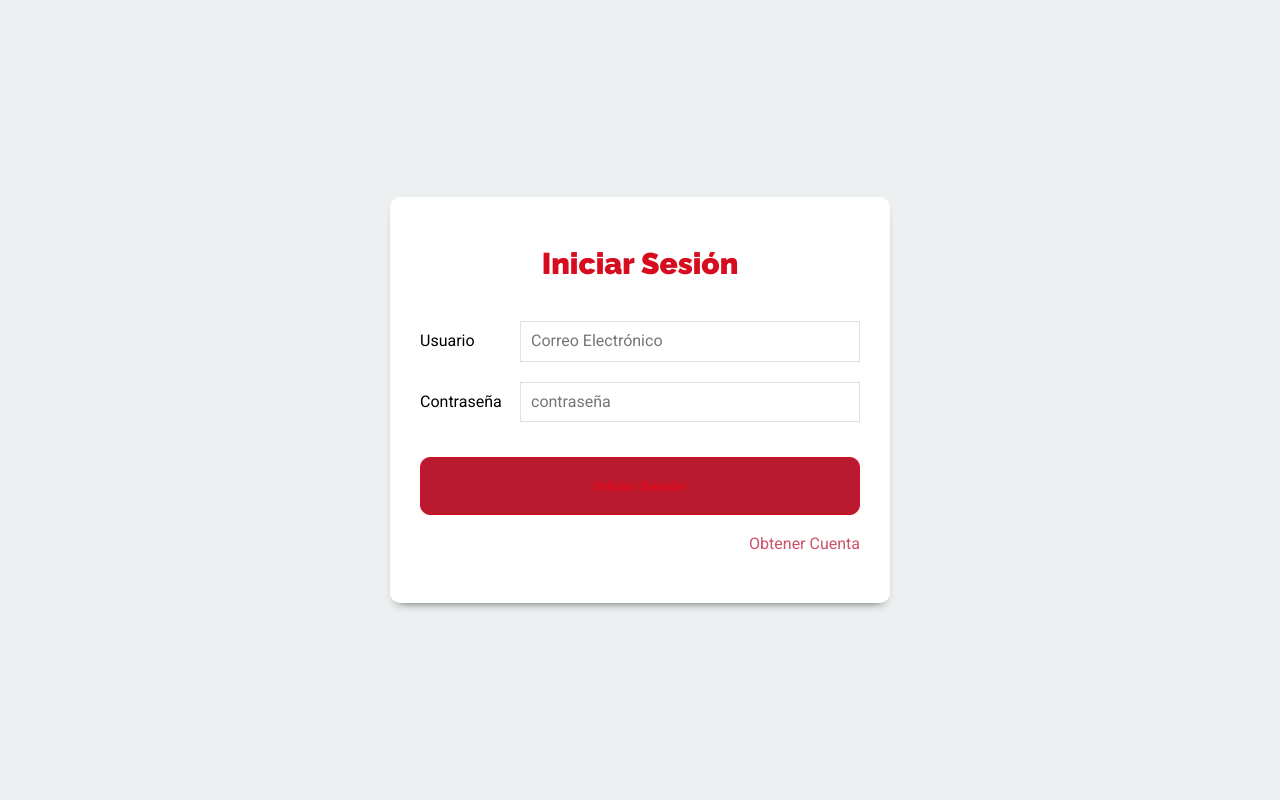
Repository: andrescovarrubias/admin-proyectos
Page: / (app in cliente/)
The author's editor kept a copy of each file at every save. The page is drawn from the files as they stood at one save, then again after the next save.
The browser window is 1280 px wide. The pictures show the whole page.
The pointer rests on the first visible `.btn-primario`.
The project was rebuilt for these pictures with package versions that can differ from the ones it lists, and the page was loaded fresh each time. Also part of the build but not shown: cliente/src/components/auth/NuevaCuenta.jsx, cliente/src/components/proyectos/NuevoProyecto.jsx, cliente/src/components/layout/SideBar.jsx, cliente/src/components/proyectos/Proyectos.jsx.

Above is the page before, as saved 2020-10-31 17:38:28.

### cliente/src/index.css
:root {
  --blanco: #ffffff;
  --blanco2: #fcf7ff;
  --blanco3: #ecf0f1;
  --azul1: #258ea6;
  --morado1: #4d376d;
  --morado2: #861657;
  --azul2: #1b065e;
  --azul3: #2e4052;
  --rojo: #d60d1e;
  --rojo2: #b8082c;
  --rojo3: #b91a2f;
  --headingFont: "Raleway", sans-serif;
  --textFont: "Roboto", sans-serif;
}
*,
*:before,
*:after {
  box-sizing: inherit;
}
html {
  box-sizing: border-box;
  height: 100%;
  font-size: 62.5%;
}
body {
  min-height: 100%;
  background-color: #ecf0f1;
  font-size: 16px;
  font-size: 1.6rem;
  font-family: var(--textFont);
}

h1,
h2 {
  font-family: var(--headingFont);
  font-weight: 900;
  margin: 0 0 4rem 0;
  text-align: center;
  color: var(--rojo);
}
h1 span {
  font-weight: 400;
}
h1 {
  font-size: 3rem;
}
h2 {
  font-size: 2.4rem;
}
ul {
  list-style: none;
  padding: 0;
  margin: 0;
}
a {
  text-decoration: none;
  color: var(--gris2);
}

/** BOTONES **/
.btn {
  margin-top: 2vh;
  font-family: var(--headingFont);
  padding: 20px;
  font-size: 14px;
  font-weight: bold;
  border-radius: 10px;
  border: 1px solid #d60d1e;
  transition: background-color 0.3s ease;
}
.btn:hover {
  cursor: pointer;
}
.btn-primario {
  background-color: var(--blanco);
  color: var(--rojo);
}
.btn-primario:hover {
  background: var(--rojo3);
}
.btn-secundario {
  background-color: var(--rojo2);
}
.btn-block {
  display: block;
  width: 100%;
}
.btn-submit:hover {
  background-color: #b91a2f;
}
.btn-blank {
  margin: 0;
  padding: 0;
  display: block;
  background-color: transparent;
}

@media (min-width: 768px) {
  .contenedor-app {
    display: flex;
    min-height: 100vh;
  }

  aside {
    background-color: var(--blanco);
    flex: 0 0 300px;
  }
  .seccion-principal {
    flex: 1;
  }
}

/* BARRA LATERAL */
aside {
  padding: 3rem;
}

.formulario-nuevo-proyecto {
  margin-top: 6rem;
}
.formulario-nuevo-proyecto .input-text {
  border-bottom: 1px solid var(--gris2);
  border-radius: 0;
  background-color: var(--gris1);
}
.formulario-nuevo-proyecto .input-text::placeholder {
  color: var(--gris2);
}
.proyectos {
  margin-top: 5vh;
}
.listado-proyectos li {
  margin-bottom: 2rem;
}
.listado-proyectos li a {
  font-size: 1.4rem;
  color: var(--gris2);
  line-height: 1.5;
  font-weight: 300;
}
.app-header {
  display: flex;
  justify-content: space-between;
  background-color: var(--gris2);
  padding: 4rem;
}
.nombre-usuario {
  color: var(--blanco);
  font-size: 2.2rem;
  margin: 0;
}
.nombre-usuario span {
  font-weight: 900;
}
.nav-principal a {
  color: var(--blanco);
  text-decoration: none;
}
.nav-principal a:first-of-type {
  margin-right: 2rem;
}

/** Formulario crear y editar tareas **/
.formulario {
  background-color: var(--gris3);
  padding: 4rem;
}
.formulario form {
  max-width: 600px;
  margin: 0 auto;
}
.contenedor-input {
  display: flex;
}
.contenedor-input label {
  margin-bottom: 1rem;
  color: var(--blanco);
}
.input-text {
  padding: 1rem;
  border: none;
  border-radius: 0.5rem;
  flex: 1;
  width: 100%;
}

/** TAREAS LISTADO **/
.contenedor-tareas {
  padding: 4rem;
}

.listado-tareas {
  max-width: 600px;
  margin: 0 auto;
}

.tarea {
  display: flex;
  justify-content: space-between;
  background-color: var(--blanco);
  padding: 0.5rem 2rem;
  align-items: center;
  margin-bottom: 1rem;
  border-radius: 0.5rem;
}
.sombra {
  -webkit-box-shadow: 0px 4px 10px -3px rgba(117, 117, 117, 1);
  -moz-box-shadow: 0px 4px 10px -3px rgba(117, 117, 117, 1);
  box-shadow: 0px 4px 10px -3px rgba(117, 117, 117, 1);
}
.sombra-dark {
  -webkit-box-shadow: 0px 6px 11px -8px rgba(0, 0, 0, 0.9);
  -moz-box-shadow: 0px 6px 11px -8px rgba(0, 0, 0, 0.9);
  box-shadow: 0px 6px 11px -8px rgba(0, 0, 0, 0.9);
}
.tarea .acciones .btn:first-of-type {
  margin-right: 1rem;
}
.tarea p {
  font-size: 1.6rem;
  flex: 1;
  padding-right: 2rem;
}
.tarea .btn {
  padding: 0.8rem;
  font-size: 1.4rem;
  border-radius: 0;
  margin: 0;
}

.estado {
  margin-right: 1rem;
}
.estado button,
.mensaje {
  font-weight: 900;
  font-family: var(--textFont);
  font-size: 1rem;
  padding: 0.5rem;
  border-radius: 0.5rem;
  cursor: pointer;
  border: none;
}
.mensaje {
  text-align: center;
  font-size: 1.6rem;
  border-radius: 0;
}
.mensaje:hover {
  cursor: default;
}
.completo,
.correcto {
  background-color: rgba(154, 252, 154, 0.3);
  color: var(--gris3);
}
.incompleto {
  background-color: rgba(255, 178, 178, 0.4);
  color: var(--gris3);
}
.error {
  max-width: 600px;
  margin: 2rem auto 0 auto;
  background-color: rgb(170, 0, 0);
  color: var(--blanco);
}

.tarea-enter,
.proyecto-enter {
  opacity: 0;
}
.tarea-enter-active,
.proyecto-enter-active {
  opacity: 1;
  transition: opacity 200ms;
}
.tarea-exit,
.proyecto-exit {
  opacity: 1;
}
.tarea-exit-active,
.proyecto-exit-active {
  opacity: 0;
  transition: opacity 200ms;
}

.form-usuario {
  height: 100vh;
  min-height: 800px;
  display: flex;
  align-items: center;
  justify-content: center;
}

.contenedor-form {
  padding: 5rem 3rem;
  max-width: 500px;
  width: 95%;
  background-color: var(--blanco);
  border-radius: 1rem;
}
.contenedor-form h1 {
  color: var(--rojo);
}

.campo-form {
  display: flex;
  margin-bottom: 2rem;
  align-items: center;
}
.campo-form:last-of-type {
  margin: 0;
}
.campo-form label {
  flex: 0 0 100px;
  font-family: var(--textFont);
}
.campo-form input[type="password"],
.campo-form input[type="email"],
.campo-form input[type="text"] {
  border: 1px solid #e1e1e1;
  padding: 1rem;
  flex: 1;
}

.enlace-cuenta {
  margin-top: 2rem;
  display: block;
  opacity: 0.7;
  float: right;
  color: var(--rojo2);
}
.enlace-cuenta:hover {
  text-decoration: underline var(--rojo);
}

.alerta {
  position: fixed;
  top: 0;
  left: 0;
  padding: 1rem 3rem;
  border-radius: 1rem;
  font-family: var(--headingFont);
  font-weight: 600;
  text-transform: uppercase;
  font-size: 2.2rem;
  text-align: center;
  width: 100%;
}
@media (min-width: 768px) {
  .alerta {
    width: auto;
    top: 30px;
    right: 10px;
    left: auto;
  }
}

.alerta-ok {
  background-color: rgb(109, 211, 109);
  color: rgb(2, 103, 2);
}
.alerta-error {
  background-color: rgb(230, 78, 78);
  color: var(--blanco);
}

### cliente/src/App.js
import React, {Fragment, useState, useEffect, useContext} from 'react';
import Login from './components/auth/Login';
import NuevaCuenta from './components/auth/NuevaCuenta';
import Proyectos from './components/proyectos/Proyectos';

import {BrowserRouter as Router, Switch, Route} from 'react-router-dom';


function App() {
  return (
    <Router>
      <Switch>
        <Route exact path='/' component = {Login} />
        <Route exact path='/nueva-cuenta' component = {NuevaCuenta} />
        <Route exact path='/proyectos' component = {Proyectos} />
      </Switch>
    </Router>
  );
}

export default App;

### cliente/src/components/auth/Login.jsx
import React, { useState } from 'react';
import {Link} from 'react-router-dom';


const Login = () => {

     // state para iniciar sesion
     const [usuario, guardarUsuario] = useState ({
          email:'',
          password:''
     });

     // extraer el usuario
     const {email, password} = usuario;

     const onChange = e => {
          guardarUsuario({
               ...usuario,
               [e.target.name] : e.target.value
          })
     }


     // cuando el usuario quiere iniciar sesion
     const onSubmit = e => {
          e.preventDefault();

          // validar que no haya campos vacios

          // contraseña minimo de 6 caracteres

          // contraseña iguales

          // pasarlo al action

     }

     return (
          <div className="form-usuario">
               <div className="contenedor-form sombra-dark">
                    <h1>Iniciar Sesión</h1>
                    <form
                         onSubmit = {onSubmit}
                    >
                         <div className="campo-form">
                              <label htmlFor="email">Usuario</label>
                              <input
                                   type="email"
                                   id="email"
                                   name="email"
                                   placeholder="Correo Electrónico"
                                   autocomplete="off"
                                   required
                                   value={email}
                                   onChange={onChange}
                              />
                         </div>
                         <div className="campo-form">
                              <label htmlFor="password">Contraseña</label>
                              <input
                                   type="password"
                                   id="password"
                                   name="password"
                                   placeholder="contraseña"
                                   autocomplete="off"
                                   value={password}
                                   required
                                   onChange={onChange}
                              />
                         </div>

                         <div className="campo-form">
                              <input type="submit" className=" btn btn-primario btn-block" value="Iniciar Sesión"/>
                         </div>
                    </form>
                    <Link to={'/nueva-cuenta'} className="enlace-cuenta">
                         Obtener Cuenta
                    </Link>
               </div>
          </div>
      );
}

export default Login;

Loaded but not shown: cliente/public/index.html (common file); cliente/src/index.js (common file); cliente/src/reportWebVitals.js (common file); cliente/public/manifest.json (common file)

After the next save:
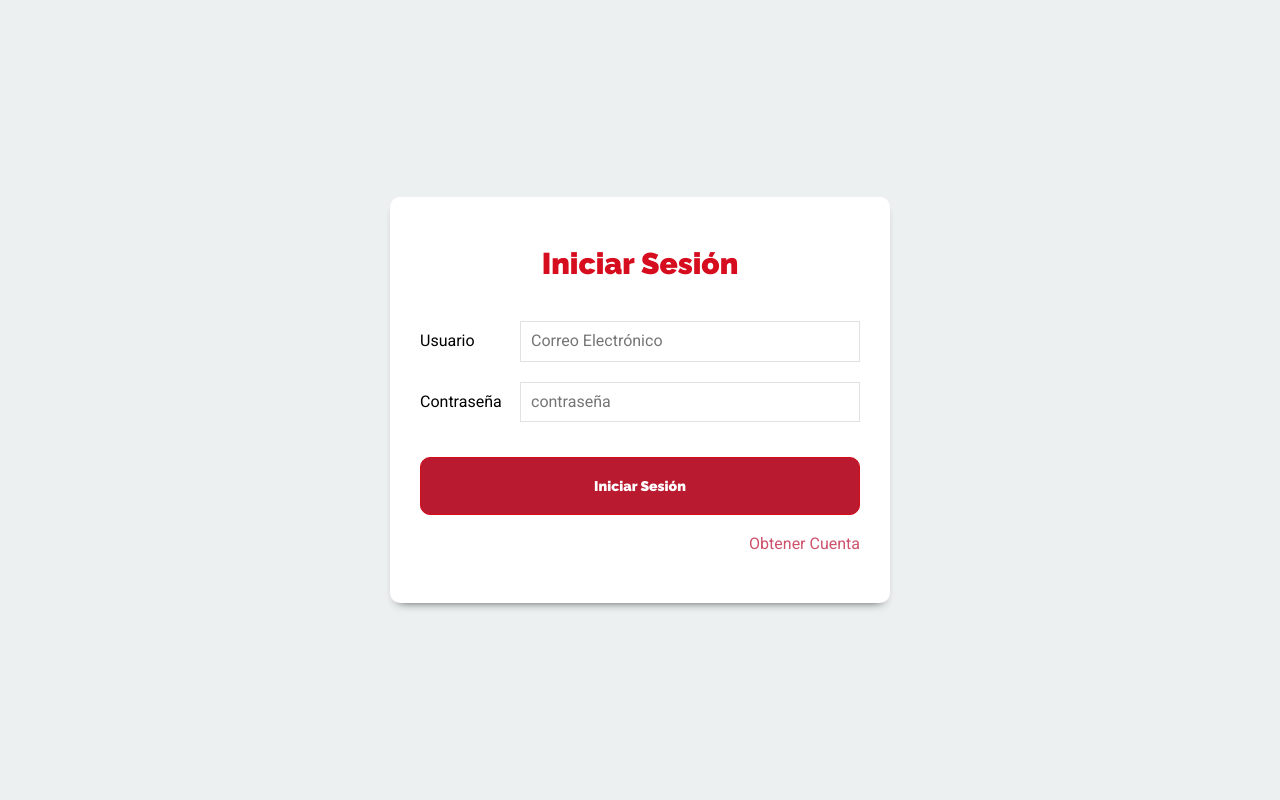
Saved 12 s later.
--- a/cliente/src/index.css
+++ b/cliente/src/index.css
@@ -78,6 +78,7 @@ a {
 }
 .btn-primario:hover {
   background: var(--rojo3);
+  color: var(--blanco);
 }
 .btn-secundario {
   background-color: var(--rojo2);
